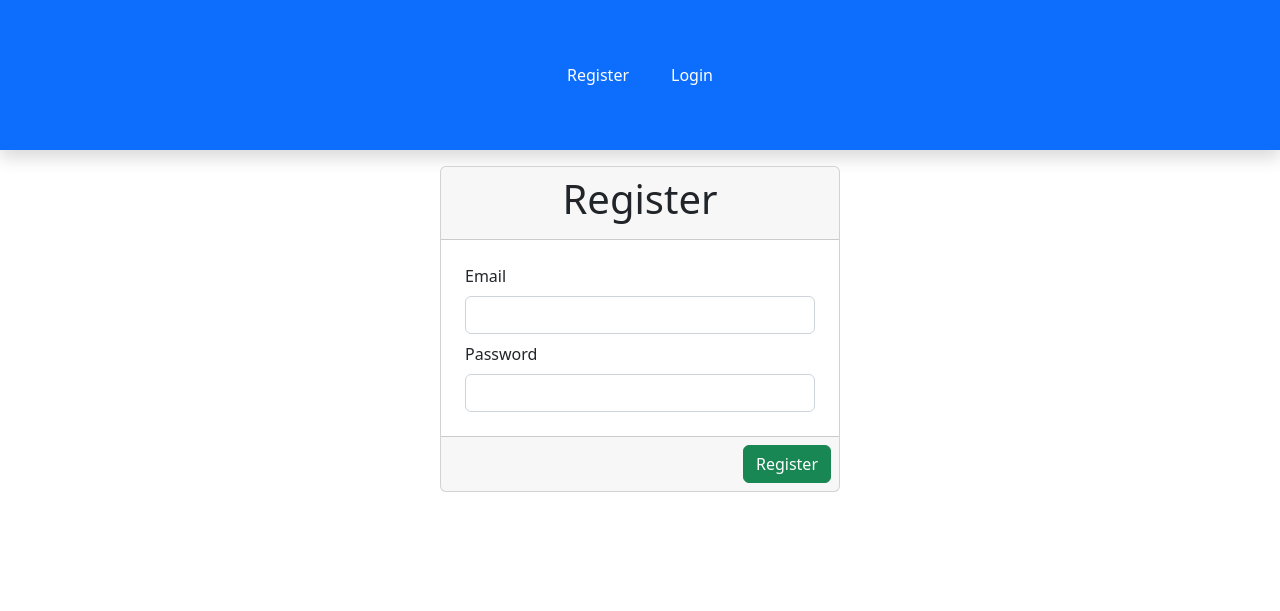
Repository: loveleii/firebase-login-logout
Page: /
The author's editor kept a copy of each file at every save. The page is drawn from the files as they stood at one save, then again after the next save.
The browser window is 1280 px wide. The pictures show the whole page.
The project was rebuilt for these pictures with package versions that can differ from the ones it lists, and the page was loaded fresh each time. Also part of the build but not shown: vite.config.ts, src/views/loginView.vue, src/assets/main.css.

Above is the page before, as saved 2023-03-04 19:43:55.

### src/main.js
import { createApp } from 'vue'
import { createPinia } from 'pinia'

import App from './App.vue'
import router from './router'
import "bootstrap/dist/css/bootstrap.min.css"
import bootstrap from "bootstrap/dist/js/bootstrap.bundle.js"

import './assets/main.css'

const app = createApp(App)

app.use(createPinia())
app.use(router)

app.mount('#app')

### src/App.vue
<script setup lang="ts">
import { RouterLink, RouterView } from 'vue-router'

</script>

<template>
  <div>
        <header class="bg-primary p-5 shadow">
            <div class="container_header">
                <div class="d-flex">
                    <RouterLink to="/" style="text-decoration: none;"><text class="text-white m-2 btn btn-primary">Register</text></RouterLink>
                    <RouterLink to="/login" style="text-decoration: none;"><text class="text-white m-2 btn btn-primary">Login</text></RouterLink>
                </div>
            </div>
        </header>
    </div>
    <div class="center_container m-3 rounded text-center">
      <RouterView />
    </div>

</template>

<style>
.container_header{
  display: grid;
  place-content: center;
}
.center_container{
  display: grid;
  place-content: center;
}

</style>

### src/router/index.js
import { createRouter, createWebHistory } from 'vue-router'
import registerView from '../views/registerView.vue'
import loginView from '../views/loginView.vue'

const router = createRouter({
  history: createWebHistory(import.meta.env.BASE_URL),
  routes: [
    {
      path: '/',
      name: 'reg',
      component: registerView
    },
    {
      path: '/login',
      name: 'log',
      component: loginView
    },

  ]
})

export default router

### src/views/registerView.vue
<template>
    <div class="card">
        <div class="card-header">
            <h1>Register</h1>
        </div>
        <div class="card-body float-left">
            <div class="form-group m-2">
                <label for="" class="form-label float-start">Email</label>
                <input type="text" name="" id="" class="form-control">
            </div>

            <div class="form-group m-2">
                <label for="" class="form-label float-start">Password</label>
                <input type="text" name="" id="" class="form-control">
            </div>

        </div>
        <div class="card-footer p-2">
            <div class="form-group float-end">
                <button class="btn btn-success">Register</button>
            </div>
        </div>
    </div>
</template>

<script>


</script>
<style>
.card{
    width: 400px;
}
</style>

Loaded but not shown: index.html (common file)

After the next save:
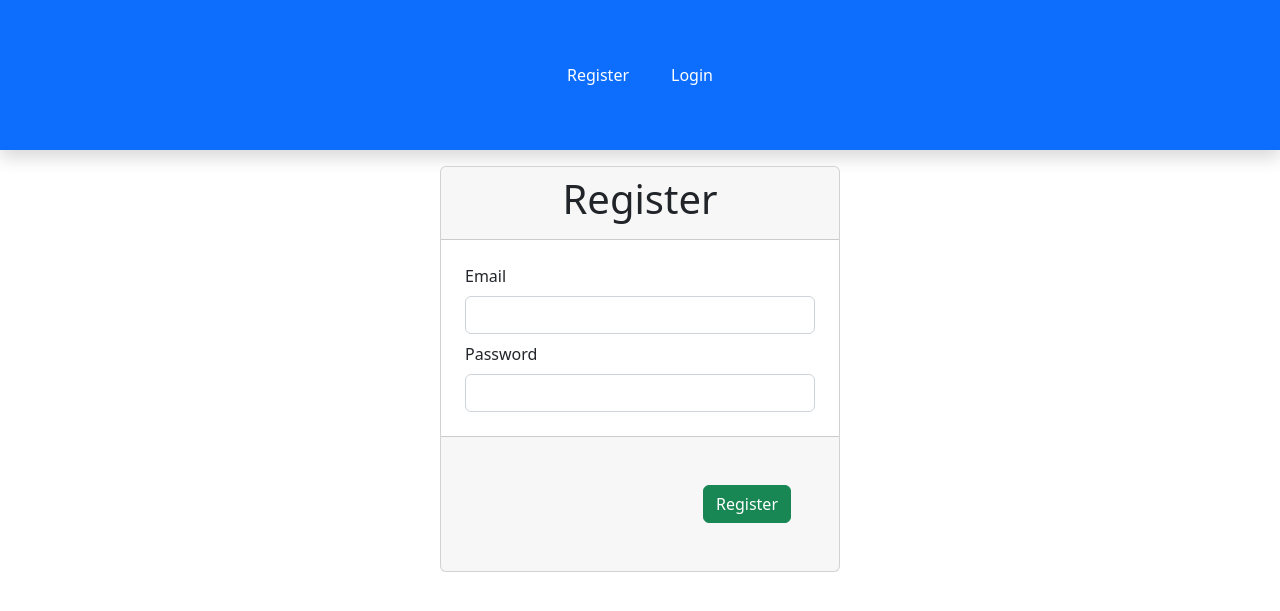
Saved 5 s later.
--- a/src/views/registerView.vue
+++ b/src/views/registerView.vue
@@ -15,7 +15,7 @@
             </div>
 
         </div>
-        <div class="card-footer p-2">
+        <div class="card-footer p-5">
             <div class="form-group float-end">
                 <button class="btn btn-success">Register</button>
             </div>
